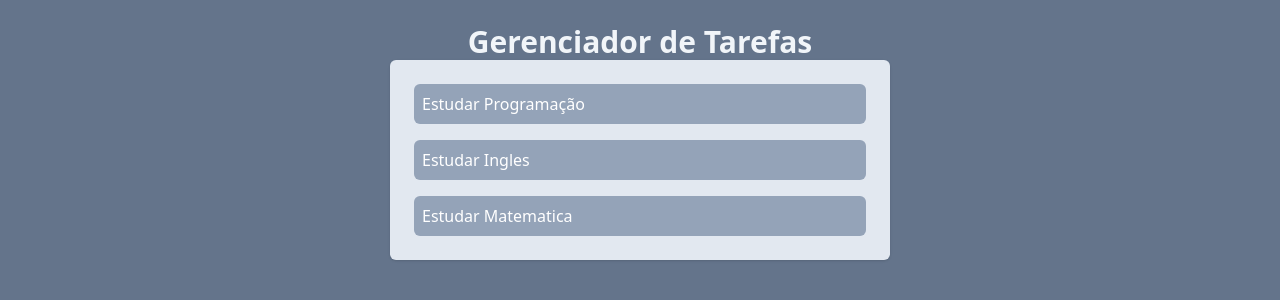
Repository: Rubenslourenco/task-manager-react
Page: /
An editor plug-in stored every save of this project. The page is shown before and after the next save, followed by the edit.
The browser window is 1280 px wide. The pictures show the whole page.
The project was rebuilt for these pictures with package versions that can differ from the ones it lists, and the page was loaded fresh each time. Also part of the build but not shown: vite.config.js.

Above is the page before, as saved 2025-01-31 11:47:54.

After the next save:
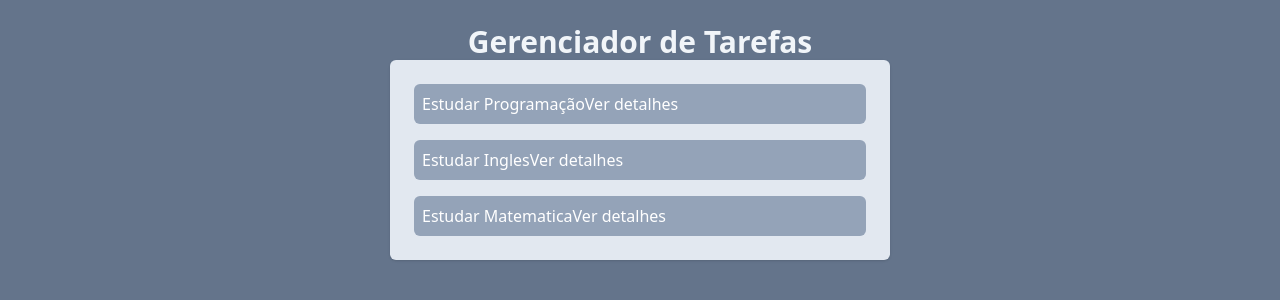
Saved 4 days later.
--- a/src/components/tasks.jsx
+++ b/src/components/tasks.jsx
@@ -4,6 +4,7 @@ function Tasks(props) {
       {props.tasks.map((task) => (
         <li key={task.id} className="bg-slate-400 text-white p-2 rounded-md">
           {task.title}
+          <button>Ver detalhes</button>
         </li>
       ))}
     </ul>
